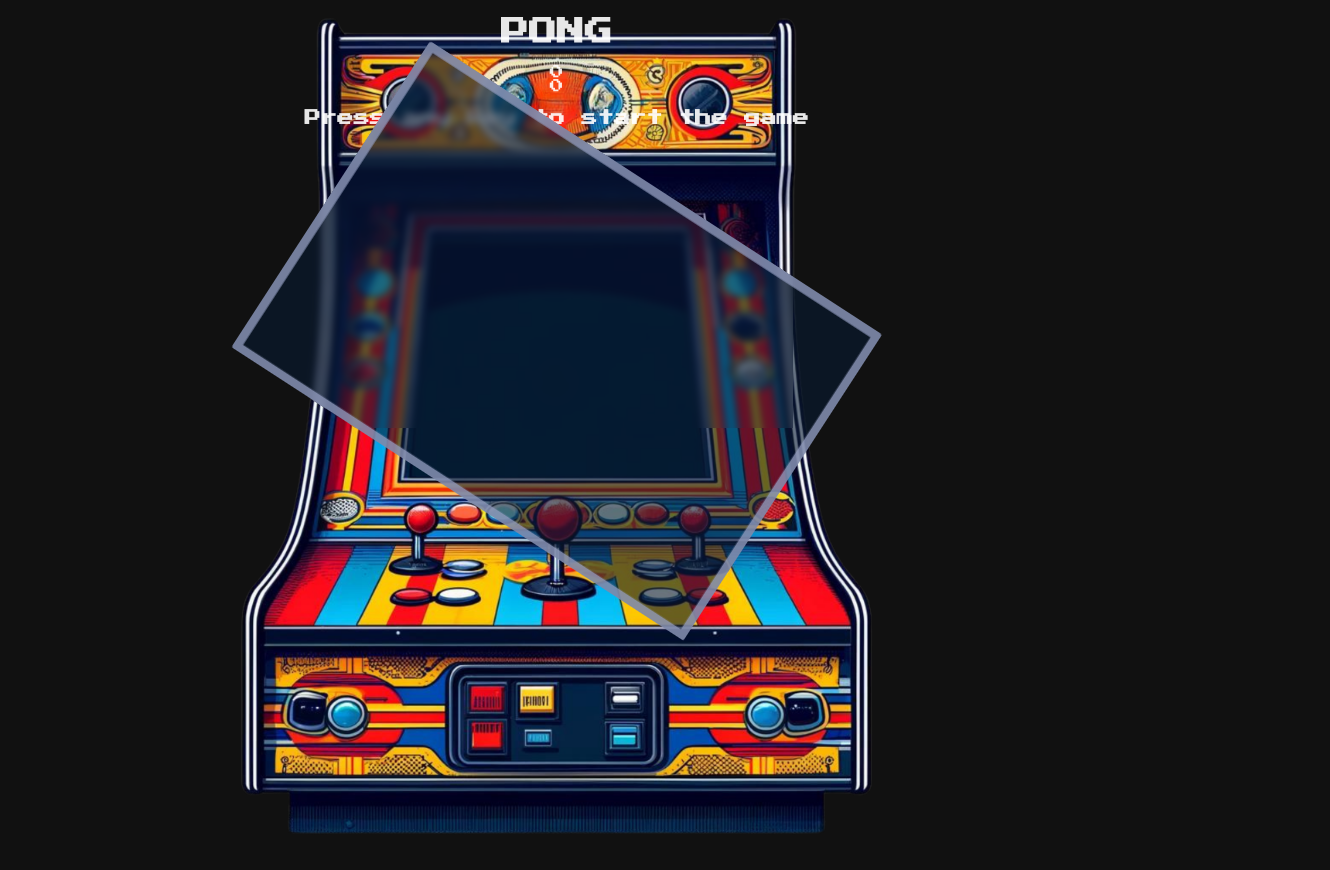
Repository: gogg23/pong-game
Page: index.html
These files come from the project's save history. The page is drawn as it stood at one moment and after the next save; the edit follows.
The browser window is 1280 px wide. The page is 1529 px wide, so the pictures cover 1529 px, including what lies to the right of the window. The pictures show the whole page, at 87% of full size.

Above is the page before, as saved 2024-10-12 10:45:07.

### index.html
<!DOCTYPE html>
<html lang="en">
  <head>
    <meta charset="UTF-8" />
    <meta name="viewport" content="width=device-width, initial-scale=1.0" />
    <link rel="preconnect" href="https://fonts.googleapis.com" />
    <link rel="preconnect" href="https://fonts.gstatic.com" crossorigin />
    <link
      href="https://fonts.googleapis.com/css2?family=Press+Start+2P&display=swap"
      rel="stylesheet"
    />
    <link rel="stylesheet" href="styles.css" />
    <script src="script.js"></script>
    <title>The Best PONG Game</title>
  </head>
  <body>
    <h1 class="title">PONG</h1>
    <span class="score player1Score" id="player1Score">0</span>
    <span class="score player2Score" id="player2Score">0</span>
    <h3 class="startText" class="startText">Press any key to start the game</h3>
    <div class="gameArea">
      <div id="paddle1" class="paddle1 paddle"></div>
      <div id="paddle1" class="paddle1 paddle"></div>
      <div id="ball" class="ball"></div>
      <div class="net"></div>
    </div>
    <img src="assets/machine.png" alt="Arcade Pong Machine" class="bg" />
    <div class="vignett"></div>
    <audio src="/assets_paddle.wav" id="paddleSound"></audio>
    <audio src="/assets_wall.wav" id="wallSound"></audio>
    <audio src="/assets_loss.wav" id="lossSound"></audio>
  </body>
</html>

### styles.css
body {
  font-family: "Press Start 2P", system-ui;
  height: 100dvh;
  margin: 0;
  display: flex;
  flex-direction: column;
  align-items: center;
  background-color: #111;
  color: rgba(255, 255, 255, 0.9);
  overflow: hidden;
}

.gameArea {
  position: absolute;
  width: 600px;
  height: 400px;
  background: rgba(7, 26, 49, 0.6);
  top: 182px;
  border: #919bbec7 10px solid;
  border-radius: 4px;
  backdrop-filter: blur(4px);
  transform: perspective(100px) rotate(33deg);
}

.bg {
  position: absolute;
  height: 1000px;
  z-index: -1;
}

Loaded but not shown: script.js (no stored copy; drawn as an empty file)

After the next save:
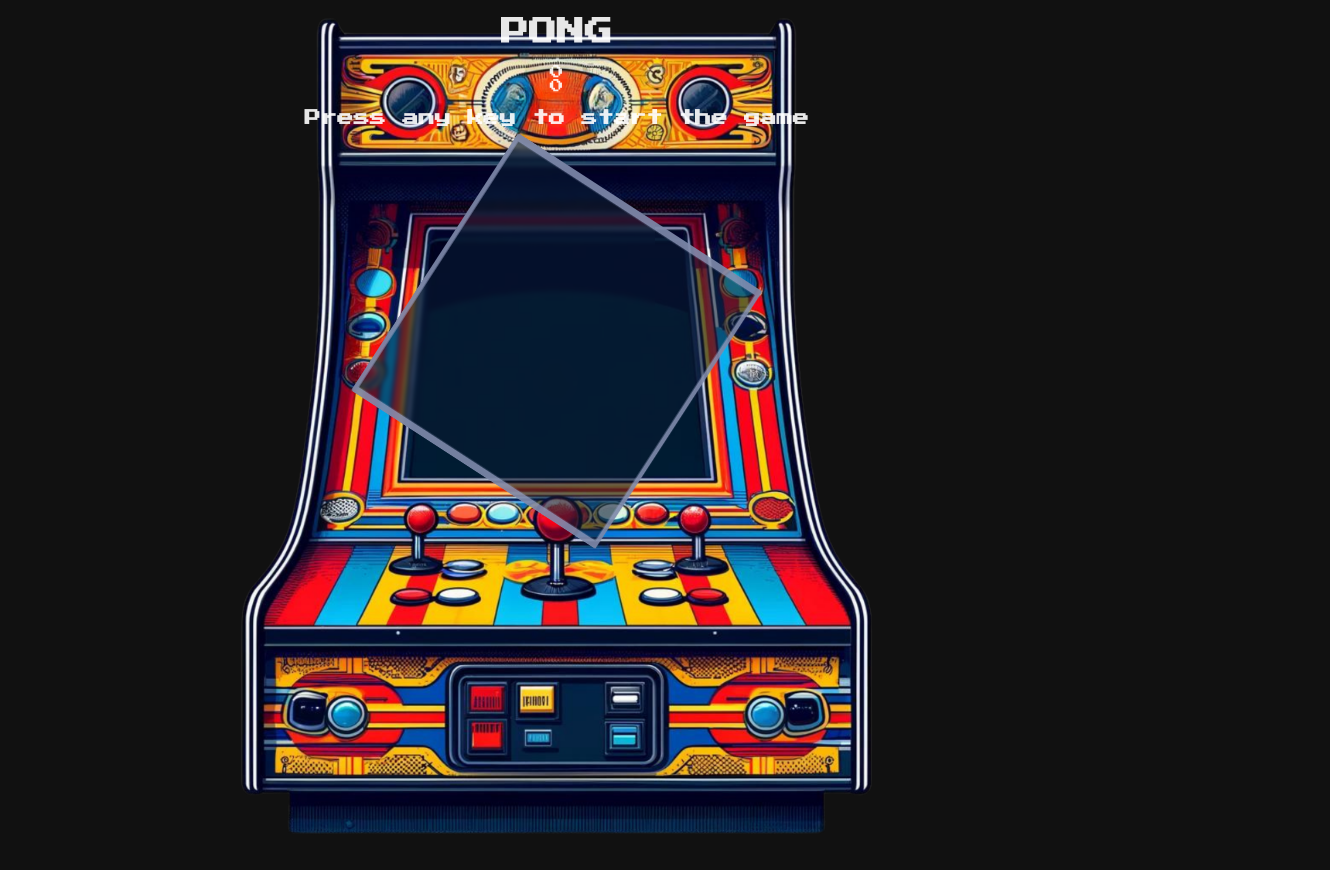
Saved 31 min 12 s later.
--- a/styles.css
+++ b/styles.css
@@ -19,7 +19,7 @@
   border: #919bbec7 10px solid;
   border-radius: 4px;
   backdrop-filter: blur(4px);
-  transform: perspective(100px) rotate(33deg);
+  transform: perspective(1000px) rotate(33deg) scaleX(0.54) scaleY(0.84);
 }
 
 .bg {
